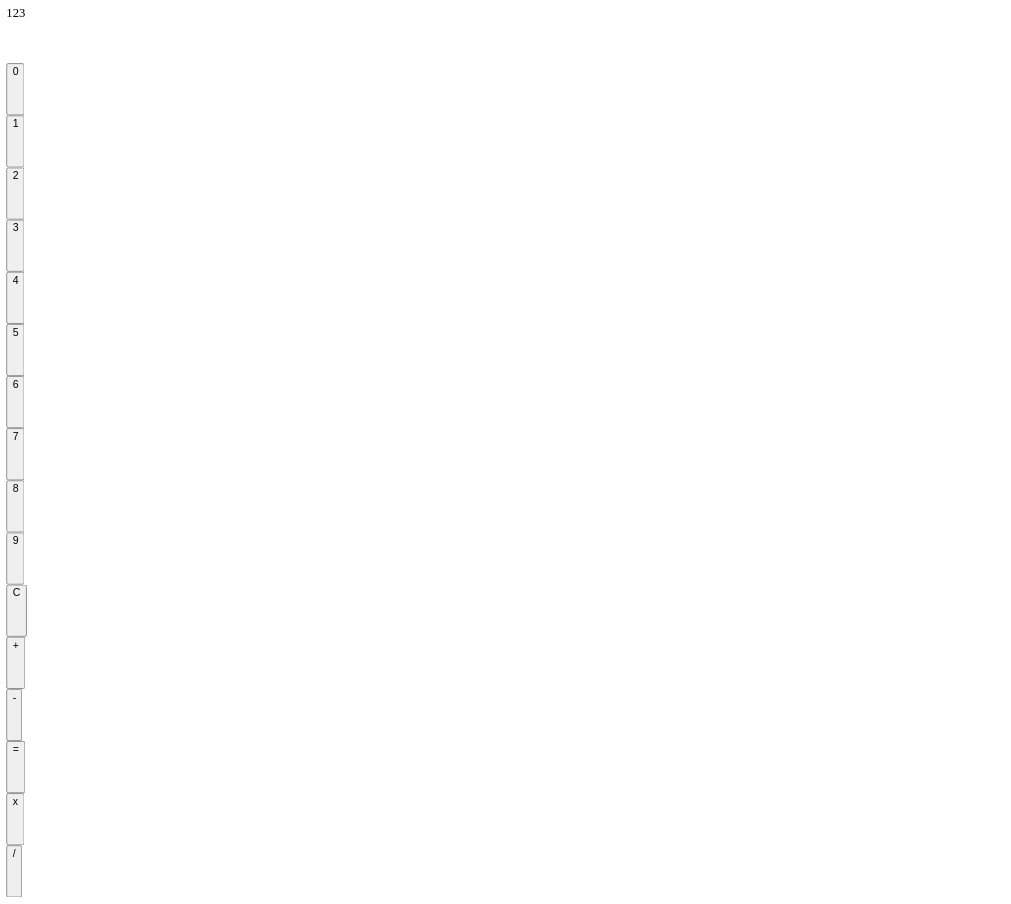
Repository: TEazy2433/LAB-calculator
Page: index.html
The author's editor kept a copy of each file at every save. The page is drawn from the files as they stood at one save, then again after the next save.
The browser window is 1280 px wide. The pictures show the whole page, at 79% of full size.

Above is the page before, as saved 2023-10-13 15:51:24.

### index.html
<!DOCTYPE html>
<html lang="en">
<head>
  <meta charset="UTF-8">
  <meta name="viewport" content="width=device-width, initial-scale=1.0">
  <title>calculator</title>
  <link rel="stylesheet" href="main.css">


</head>
<body>
  <div class="screen"></div>
   <div class="buttons">123</div>
     <button class="buttons">0</button>
     <button class="buttons">1</button>
     <button class="buttons">2</button>
     <button class="buttons">3</button>
     <button class="buttons">4</button>
     <button class="buttons">5</button>
     <button class="buttons">6</button>
     <button class="buttons">7</button>
     <button class="buttons">8</button>
     <button class="buttons">9</button>
     <button class="buttons">C</button>
     <button class="buttons">+</button>
     <button class="buttons">-</button>
     <button class="buttons">=</button>
     <button class="buttons">x</button>
     <button class="buttons">/</button>
  </div>

</body>
</html>

### main.css
.buttons{
  display: grid;
  grid-template-rows: repeat(4,1fr);
  grid-auto-rows: 80px;
}

After the next save:
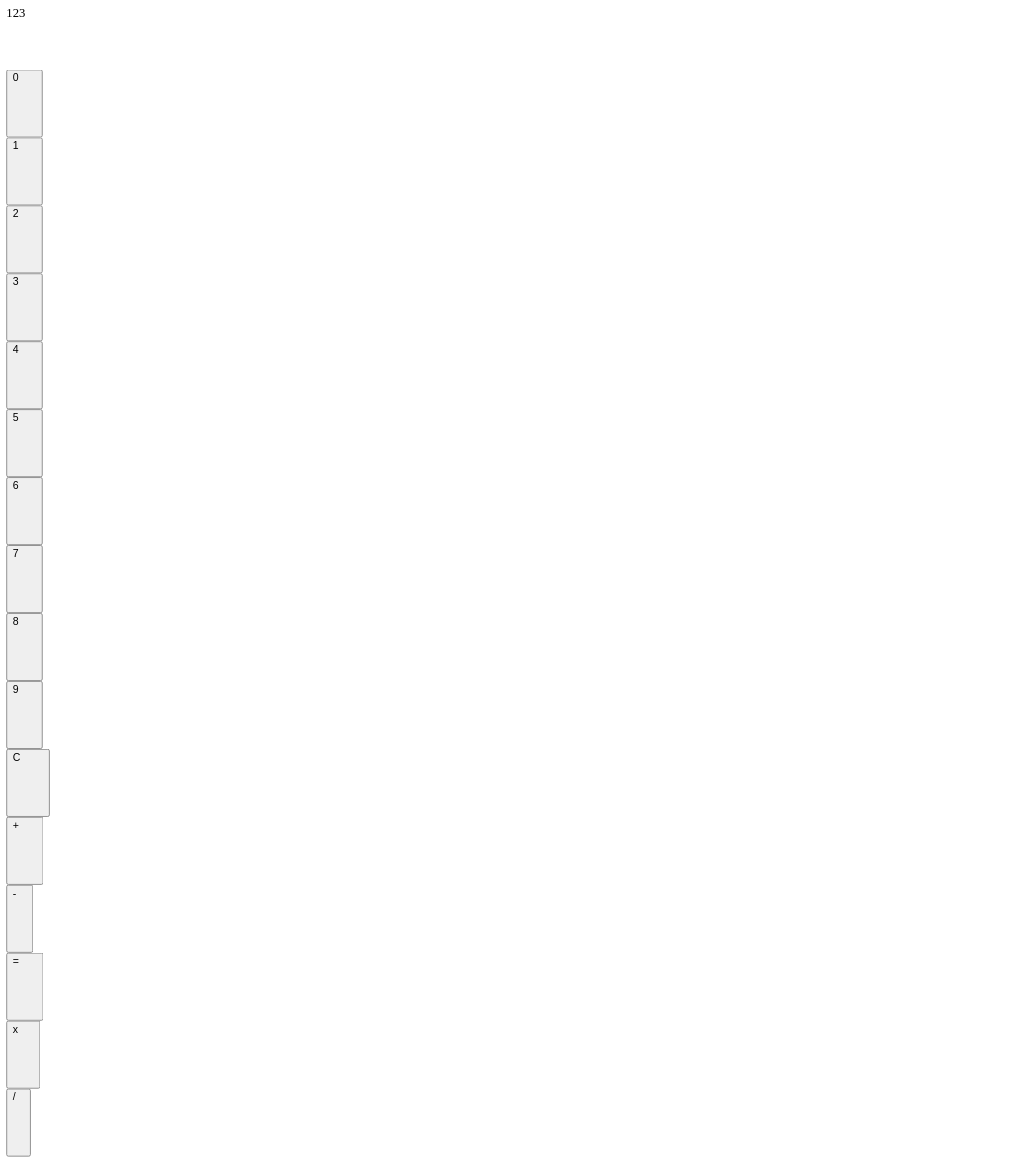
Saved 11 s later.
--- a/main.css
+++ b/main.css
@@ -1,5 +1,5 @@
 .buttons{
   display: grid;
-  grid-template-rows: repeat(4,1fr);
+  grid-template-columns: repeat(4,1fr);
   grid-auto-rows: 80px;
 }
